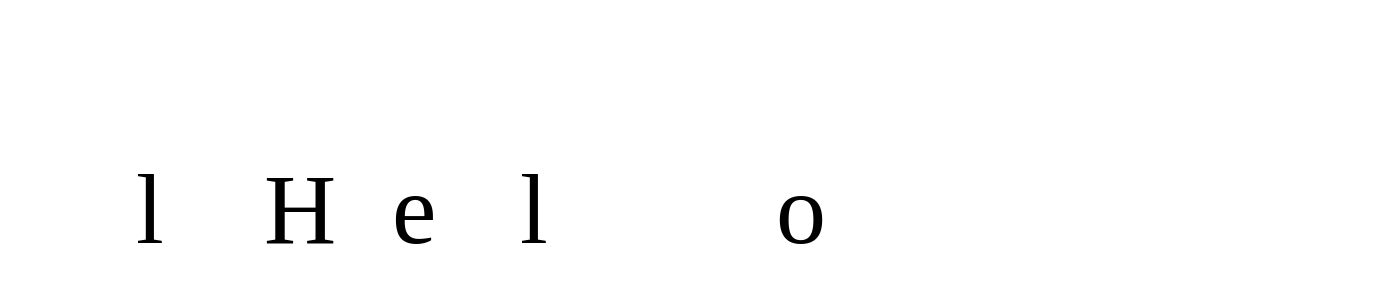
Repository: julihocc/javascript-interview-practice
Page: 01 HTML CSS/Exercise 75/index.html
These files come from the project's save history. The page is drawn as it stood at one moment and after the next save; the edit follows.
The browser window is 1280 px wide. The page is 1400 px wide, so the pictures cover 1400 px, including what lies to the right of the window. The pictures show the whole page.

Above is the page before, as saved 2022-09-30 00:24:24.

### 01 HTML CSS/Exercise 75/index.html

<!DOCTYPE html>
<!--[if lt IE 7]>      <html class="no-js lt-ie9 lt-ie8 lt-ie7"> <![endif]-->
<!--[if IE 7]>         <html class="no-js lt-ie9 lt-ie8"> <![endif]-->
<!--[if IE 8]>         <html class="no-js lt-ie9"> <![endif]-->
<!--[if gt IE 8]>      <html class="no-js"> <!--<![endif]-->
<html>
    <head>
        <meta charset="utf-8">
        <meta http-equiv="X-UA-Compatible" content="IE=edge">
        <title></title>
        <meta name="description" content="">
        <meta name="viewport" content="width=device-width, initial-scale=1">
        <link rel="stylesheet" href="./style.css">
    </head>
    <body>
        <div class="wrapper">
            <div class="letter" id="l1">H</div>
            <div class="letter" id="l2">e</div>
            <div class="letter" id="l3">l</div>
            <div class="letter" id="l4">l</div>
            <div class="letter" id="l5">o</div>
        </div>
        <script src="" async defer></script>
    </body>
</html>

### 01 HTML CSS/Exercise 75/style.css
.wrapper {
    position: relative;
    left: 10vw;
    /* font-size:  100px; */
}

.letter{
    position: absolute;
    font-size: 100px;
    top: 20vh;
}

.letter:hover {
    position: absolute;
    font-size: 300px;
    top: 5vh;
}

#l1, #l1:hover {
    left: 10vw;
}

#l2, #l2:hover {
    left: 20vw;
}

#l3, #l3:hover {
    left: vw;
}

#l4, #l4:hover {
    left: 30vw;
}

#l5, #l5:hover {
    left: 50vw;
}

After the next save:
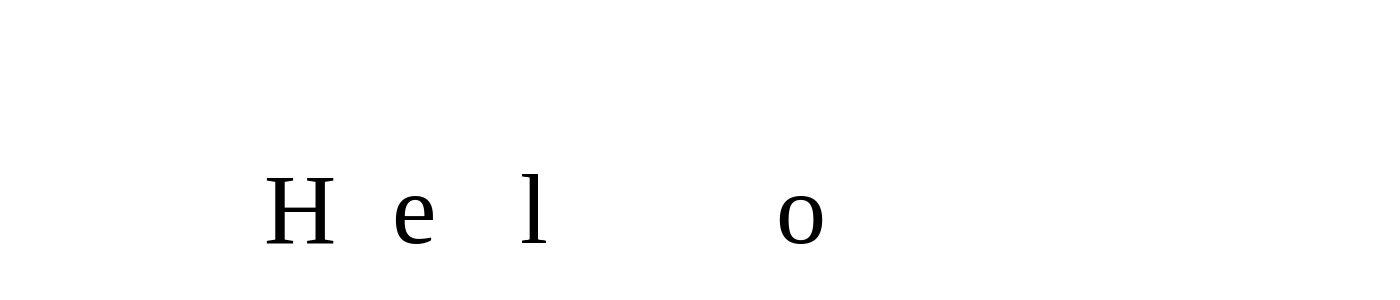
Saved 1 s later.
--- a/01 HTML CSS/Exercise 75/style.css
+++ b/01 HTML CSS/Exercise 75/style.css
@@ -25,7 +25,7 @@
 }
 
 #l3, #l3:hover {
-    left: vw;
+    left: 30vw;
 }
 
 #l4, #l4:hover {
